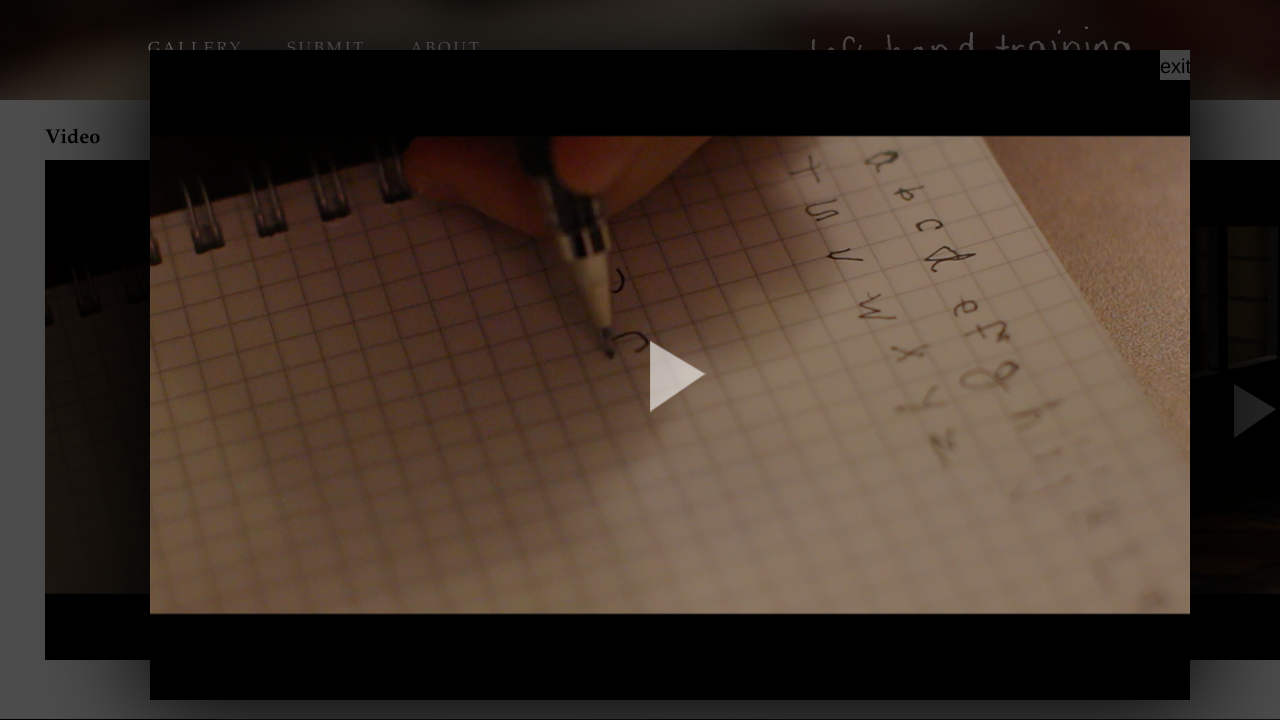
Repository: simonekurtz/simonekurtz.github.io
Page: 3ASGN_Catalog/videolink3.html
The author's editor kept a record of every edit. The page is drawn from the files as they stood at one moment, then again after the next edit.
The browser window is 1280 px wide. The pictures show the whole page.

Above is the page before.

After the next edit:
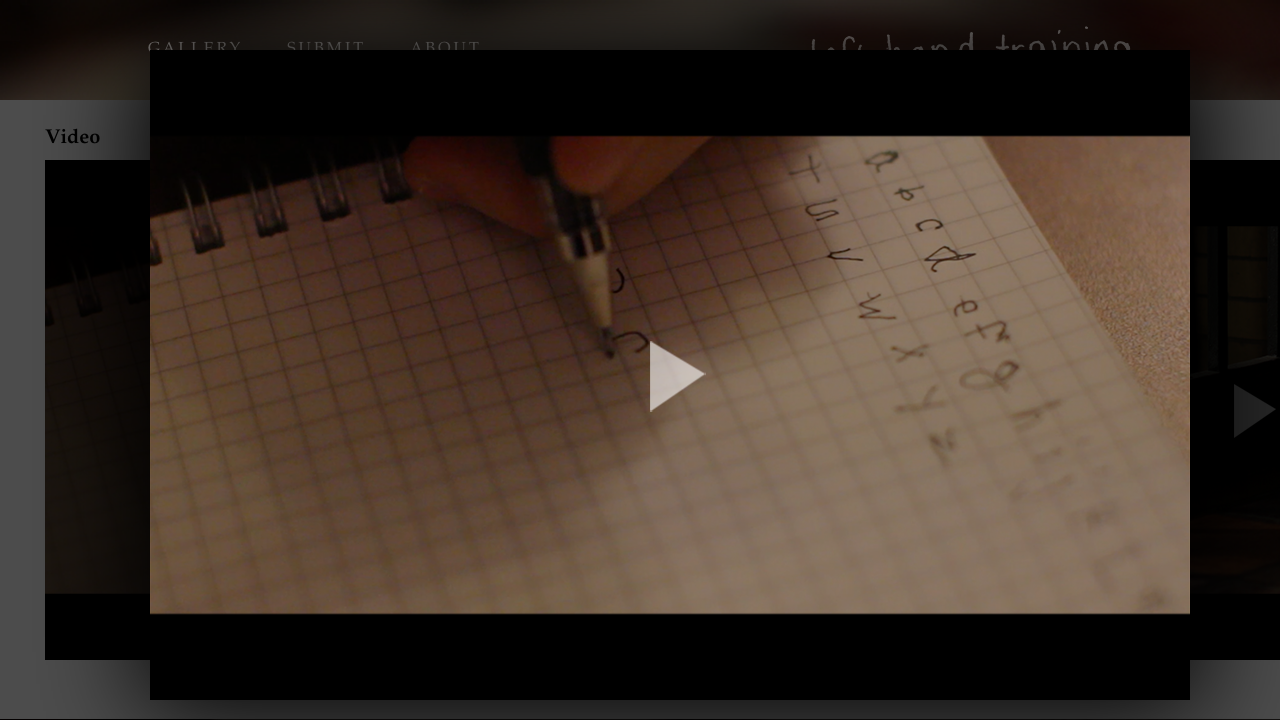
The edit:
--- a/3ASGN_Catalog/videolink3.html
+++ b/3ASGN_Catalog/videolink3.html
@@ -9,9 +9,7 @@
         <img src="images/images/Video1_Big.png">
         </div>
 
-        <div class="exit">
-        <a href="video.html">exit</a>
-        </div>
+
     <div class="Overlay">
     </div>
     <div class="splash-header">
